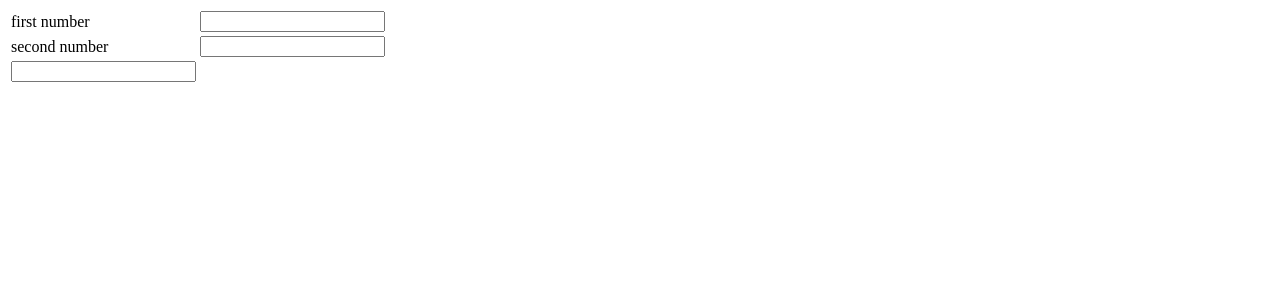
Repository: Aishwarya6362/J2EE
Page: Addition/src/main/webapp/index.html
An editor plug-in stored every save of this project. The page is shown before and after the next save, followed by the edit.
The browser window is 1280 px wide. The pictures show the whole page.

Above is the page before, as saved 2024-10-09 10:06:51.

### Addition/src/main/webapp/index.html
<!DOCTYPE html>
<html>
<head>
<meta charset="UTF-8">
<title>Insert title here</title>
</head>
<body>
<table>
	<form action="/addition/Add">
		<tr>
		<td>first number</td>
		<td><input type="text" name="firstNumber"/></td>
		</tr>
		<tr>
		<td>second number</td>
		<td><input type="text" name="secondNumber"/></td>
		</tr>
		<tr>
		<td><input type="text" name="firstNumber"/></td>
		</tr>
	</form>
</table>
</body>
</html>

After the next save:
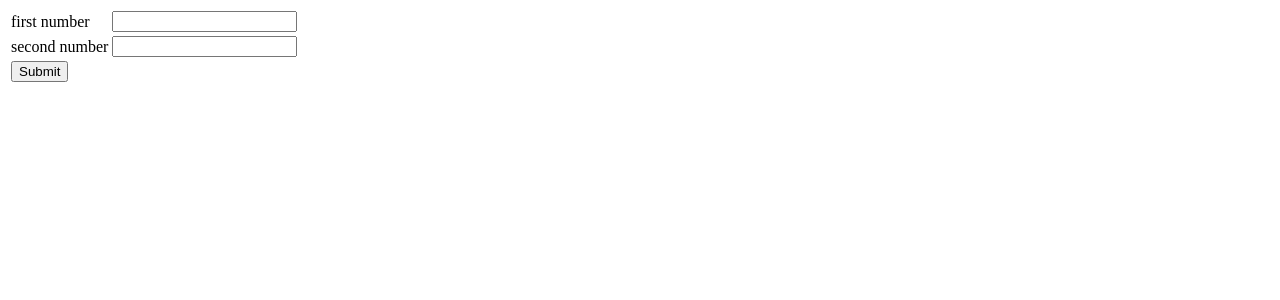
Saved 7 s later.
--- a/Addition/src/main/webapp/index.html
+++ b/Addition/src/main/webapp/index.html
@@ -16,7 +16,7 @@
 		<td><input type="text" name="secondNumber"/></td>
 		</tr>
 		<tr>
-		<td><input type="text" name="firstNumber"/></td>
+		<td><input type="submit" name="firstNumber"/></td>
 		</tr>
 	</form>
 </table>
